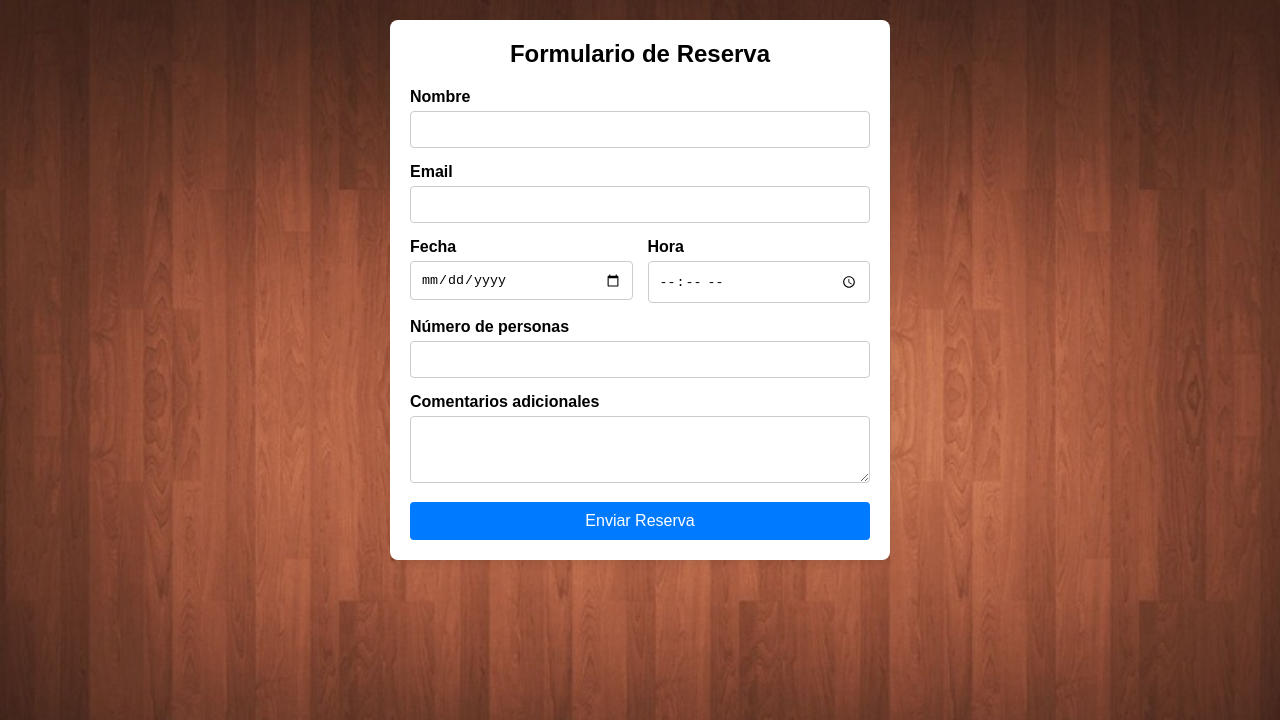
Repository: ye909/aplicacion_restaurante
Page: public/templeis/reserva.html
The author's editor kept a copy of each file at every save. The page is drawn from the files as they stood at one save, then again after the next save.
The browser window is 1280 px wide. The pictures show the whole page.

Above is the page before, as saved 2024-10-30 22:54:09.

After the next save:
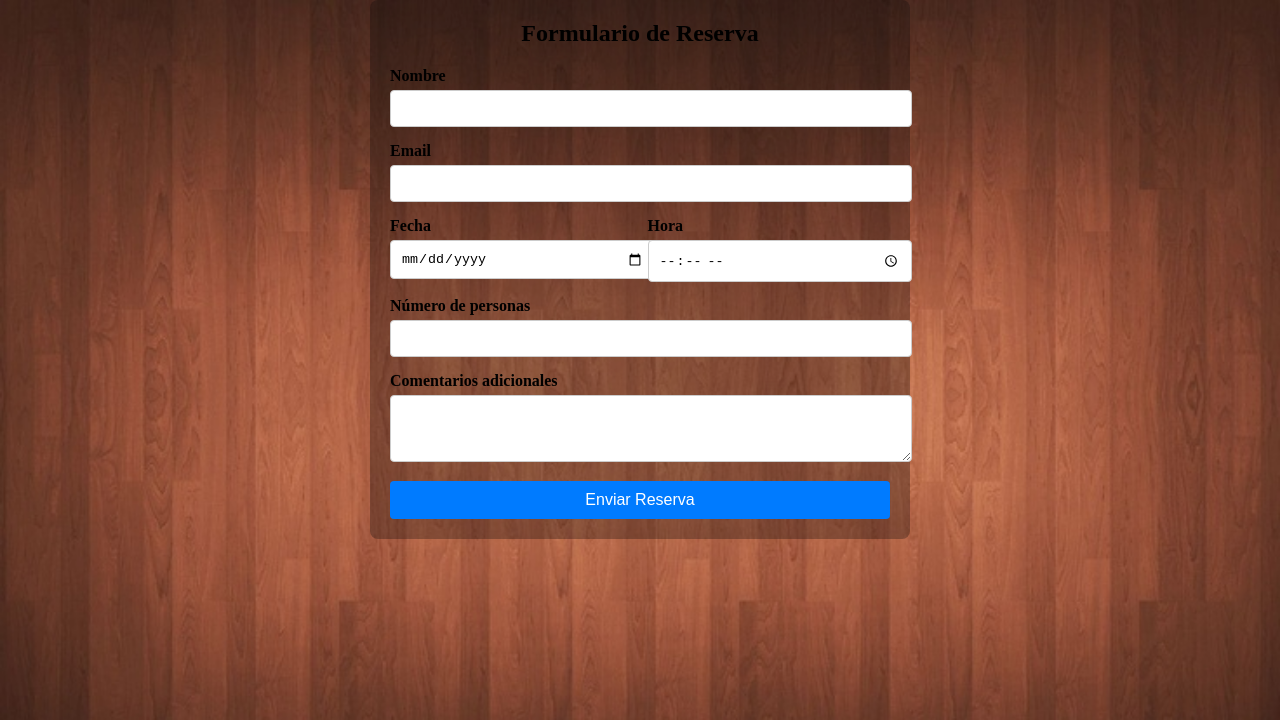
Saved 98 s later.
--- a/public/css/reserva.css
+++ b/public/css/reserva.css
@@ -11,25 +11,18 @@
     background-attachment: fixed;
     background-size:100%;
 }
-* {
-  box-sizing: border-box;
-  margin: 0;
-  padding: 0;
-}
 
-body {
-  font-family: Arial, sans-serif;
-  background-color: #f5f5f5;
-  padding: 20px;
-}
+
 
 .container {
   max-width: 500px;
   margin: 0 auto;
-  background-color: white;
+  background:rgba(14, 13, 13,0.3);
+
   padding: 20px;
   border-radius: 8px;
-  box-shadow: 0 2px 10px rgba(0, 0, 0, 0.1);
+
+    /* display: none; */
 }
 
 .title {
